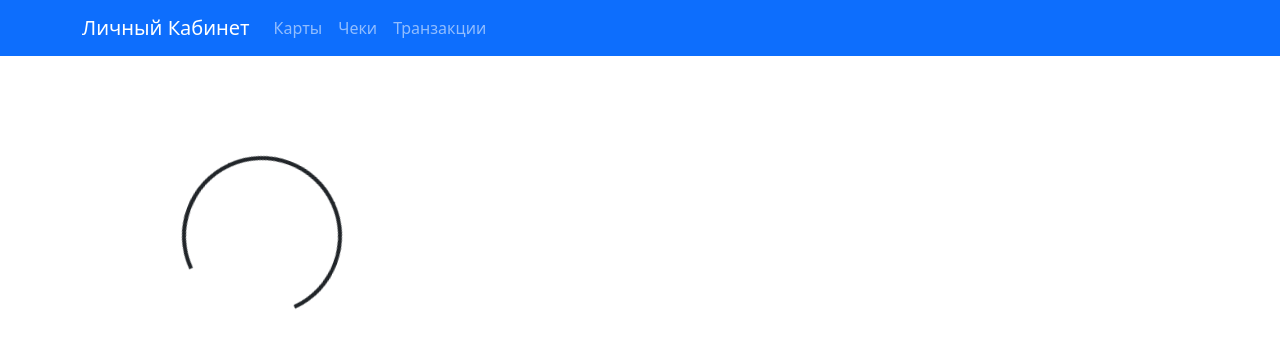
Repository: PGVlasov/cardTask
Page: /
These files come from the project's save history. The page is drawn as it stood at one moment and after the next save; the edit follows.
The browser window is 1280 px wide. The pictures show the whole page.
The page's requests for data from a server got no answer. The project was rebuilt for these pictures with package versions that can differ from the ones it lists, and the page was loaded fresh each time. No one was signed in, and anything a server would have sent is missing. Also part of the build but not shown: src/components/cards/CardItem.js, src/pages/CheckPage.js, src/pages/TransactionsPage.js, src/components/cards/CardComponent.js, src/pages/CardPage.js.

Above is the page before, as saved 2022-06-04 12:17:03.

After the next save:
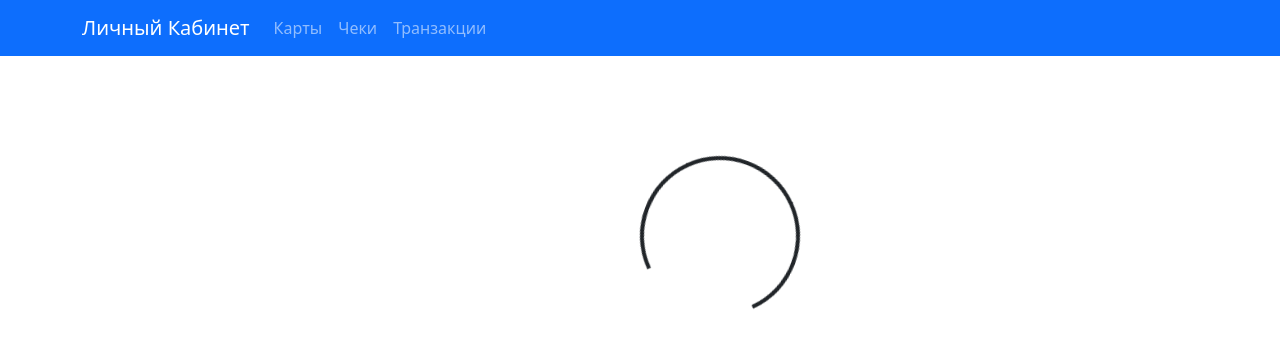
Saved 15 s later.
--- a/src/components/Loader.js
+++ b/src/components/Loader.js
@@ -9,7 +9,7 @@ export const Loader = () => {
         width: "10rem",
         height: "10rem",
         marginTop: "100px",
-        marginLeft: "100px",
+        marginLeft: "50%",
       }}
     >
       <span className="visually-hidden">Loading...</span>
